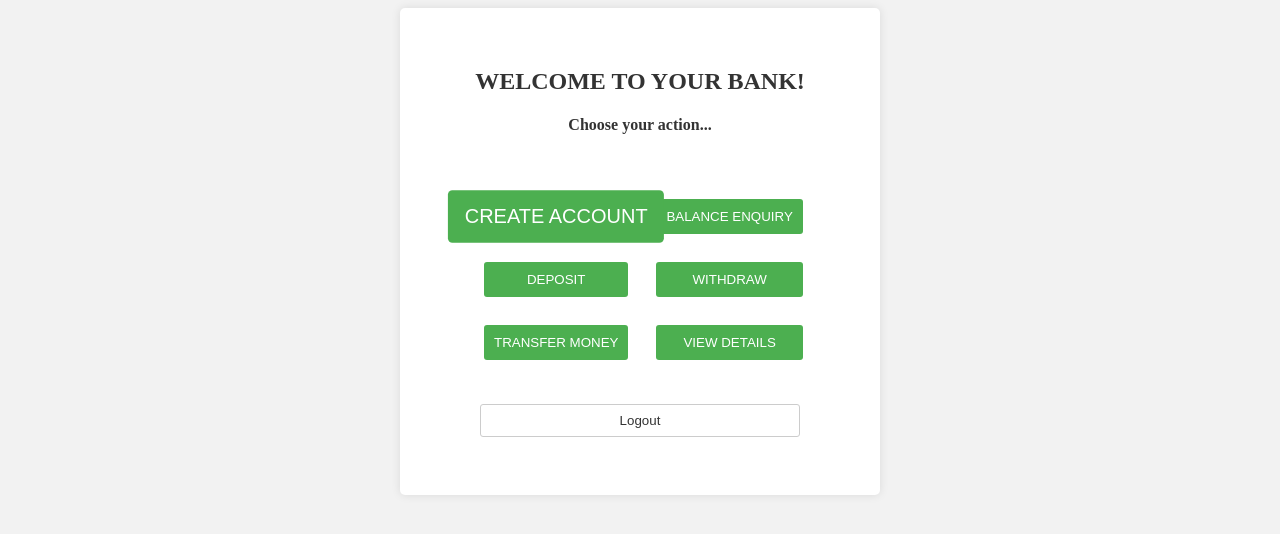
Repository: mansistic-0n3/Java_IGT
Page: Java Project/BankServlet/src/main/webapp/Home.html
An editor plug-in stored every save of this project. The page is shown before and after the next save, followed by the edit.
The browser window is 1280 px wide. The pictures show the whole page.
The pointer rests on the first visible `.button`.

Above is the page before, as saved 2023-07-03 06:11:33.

### Java Project/BankServlet/src/main/webapp/Home.html
<!DOCTYPE html>
<html>
<head>
  <title>BANK</title>
  <style>
 .button{
  width: 100%;
  padding: 10px;
  border-radius: 3px;
  border: none;
  background-color: #4CAF50;
  color: #ffffff;
  cursor: pointer;
 }
 .button:hover {
      transform: scale(1.5);
    }
  </style>
</head>
<body style="background-color: #f2f2f2; text-align:center;">
<div style="max-width: 400px; margin: 0 auto; padding: 40px; background-color: #ffffff; border-radius: 5px; box-shadow: 0 0 10px rgba(0, 0, 0, 0.1);">
 <h2 style="text-align: center; color: #333333;">WELCOME TO YOUR BANK!</h2>
 <h4 style="text-align: center; color: #333333;">Choose your action...</h4>
  <div style="display: grid; grid-template-columns: repeat(2, 1fr); gap: 20px; max-width: 400px; margin: 0 auto; padding: 40px;">
   <form action="create.html"> <div style="text-align: center;padding:4px;">
      <input type="submit" value = "CREATE ACCOUNT" class="button">
    </div></form>
    <form action="Bal.html"> <div style="text-align: center;padding:4px;">
      <input type="submit" value = "BALANCE ENQUIRY" class="button">
    </div></form>
   <form action="Deposit.html"> <div style="text-align: center;padding:4px;">
      <input type="submit" value = "DEPOSIT" class="button">
    </div></form>
    <form action="Withdraw.html"> <div style="text-align: center; padding:4px;">
      <input type="submit" value = "WITHDRAW" class="button">
    </div></form>
     <form action="transfer.html"> <div style="text-align: center; padding:4px;">
      <input type="submit" value = "TRANSFER MONEY" class="button">
    </div></form>
    <form action="detail.html"> <div style="text-align: center; padding:4px;">
      <input type="submit" value = "VIEW DETAILS" class="button">
    </div></form>
  </div>

      <form action="login.html">
        <input type="submit" value="Logout" style="width: 80%; padding: 8px; border-radius: 3px; border: 1px solid #cccccc; background-color: #ffffff; color: #333333; cursor: pointer;">
      <br><br></form></div>
</body>
</html>

After the next save:
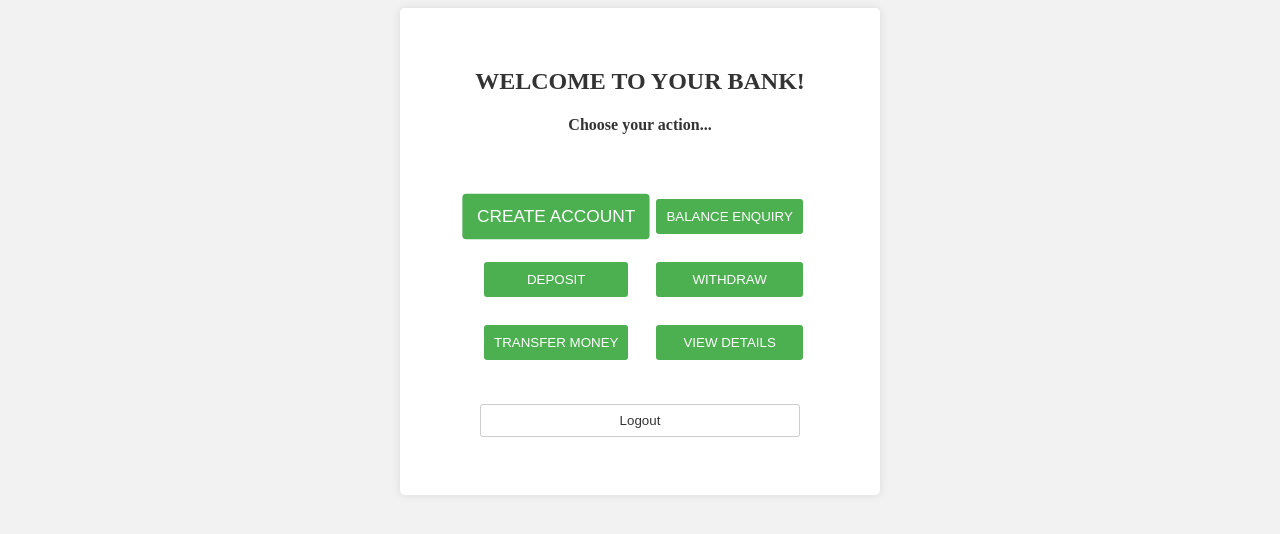
Saved 20 s later.
--- a/Java Project/BankServlet/src/main/webapp/Home.html
+++ b/Java Project/BankServlet/src/main/webapp/Home.html
@@ -13,7 +13,7 @@
   cursor: pointer;
  }
  .button:hover {
-      transform: scale(1.5);
+      transform: scale(1.3);
     }
   </style>
 </head>
